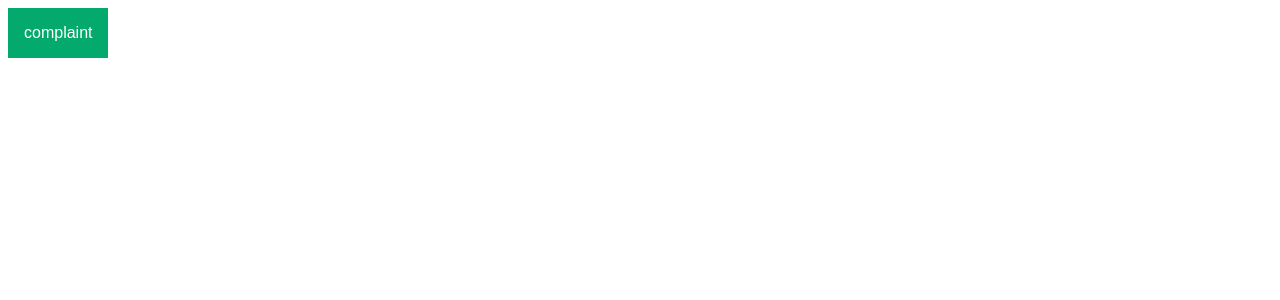
Repository: Jobinte/KSEB-PROJECT
Page: KSEB-complaint-management/WebContent/admin.html
These files come from the project's save history. The page is drawn as it stood at one moment and after the next save; the edit follows.
The browser window is 1280 px wide. The pictures show the whole page.

Above is the page before, as saved 2023-11-21 09:37:51.

After the next save:
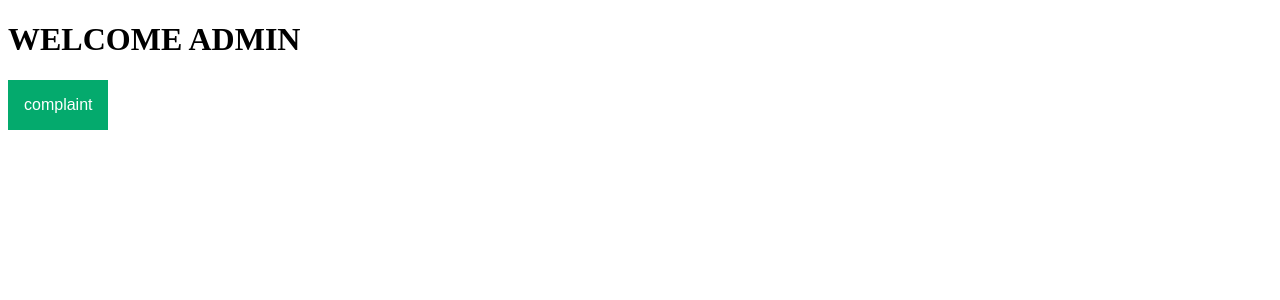
Saved 2 min 4 s later.
--- a/KSEB-complaint-management/WebContent/admin.html
+++ b/KSEB-complaint-management/WebContent/admin.html
@@ -6,7 +6,9 @@
 <link href="css/admin.css" rel="stylesheet" type="text/css" />
 </head>
 <body>
-
+ <div class="header">
+        <h1>WELCOME ADMIN</h1>
+    </div>
 <div class="dropdown">
   <button class="dropbtn">complaint</button>
   <div class="dropdown-content">
